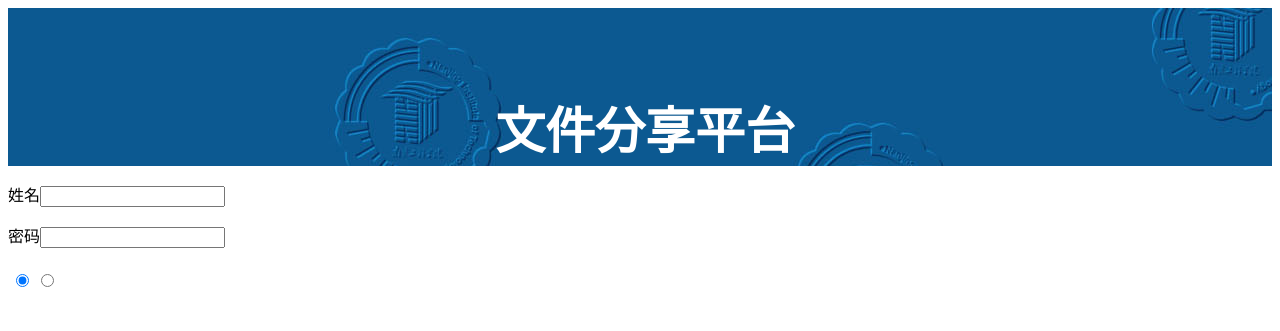
Repository: shunchensaber/Javaweb
Page: http://localhost/Web/Register.jsp
An editor plug-in stored every save of this project. The page is shown before and after the next save, followed by the edit.
The browser window is 1280 px wide. The pictures show the whole page.
The page is served by Tomcat 9.

Above is the page before, as saved 2019-03-26 15:12:36.

After the next save:
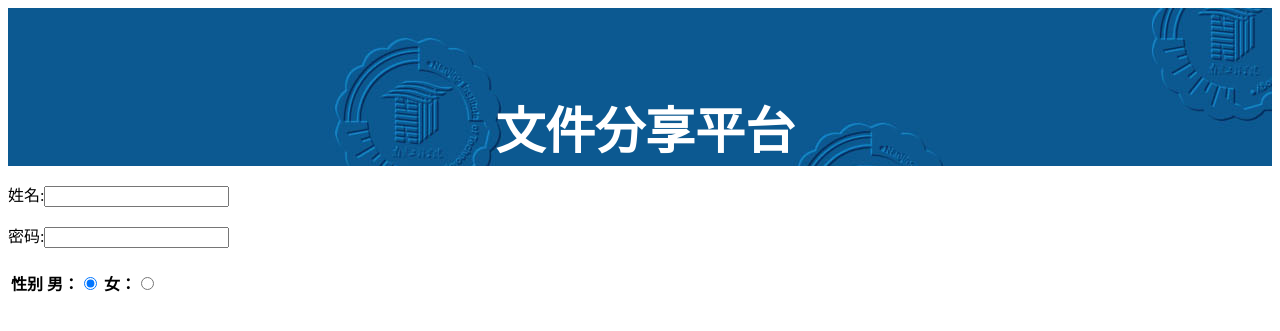
Saved 82 s later.
--- a/Web/WebContent/Register.jsp
+++ b/Web/WebContent/Register.jsp
@@ -25,15 +25,16 @@ p.a
 	<table>
 	<form action="">
 	<tr>
-	<p>姓名<input type="text" name="userid" ></p>
+	<p>姓名:<input type="text" name="userid" ></p>
 	</tr>
 	<tr>
-	<p>密码<input type="password" name="userpass"></p>
+	<p>密码:<input type="password" name="userpass"></p>
 	</tr>
 	<tr>
 	<th>
-	<input type="radio" name="sex" value="male" checked="checked"></th>
-	<th><input type="radio" name="sex" value="female"></th>
+	性别
+	男：<input type="radio" name="sex" value="male" checked="checked"></th>
+	<th>女：<input type="radio" name="sex" value="female"></th>
 	</tr>
 
 	</form>
